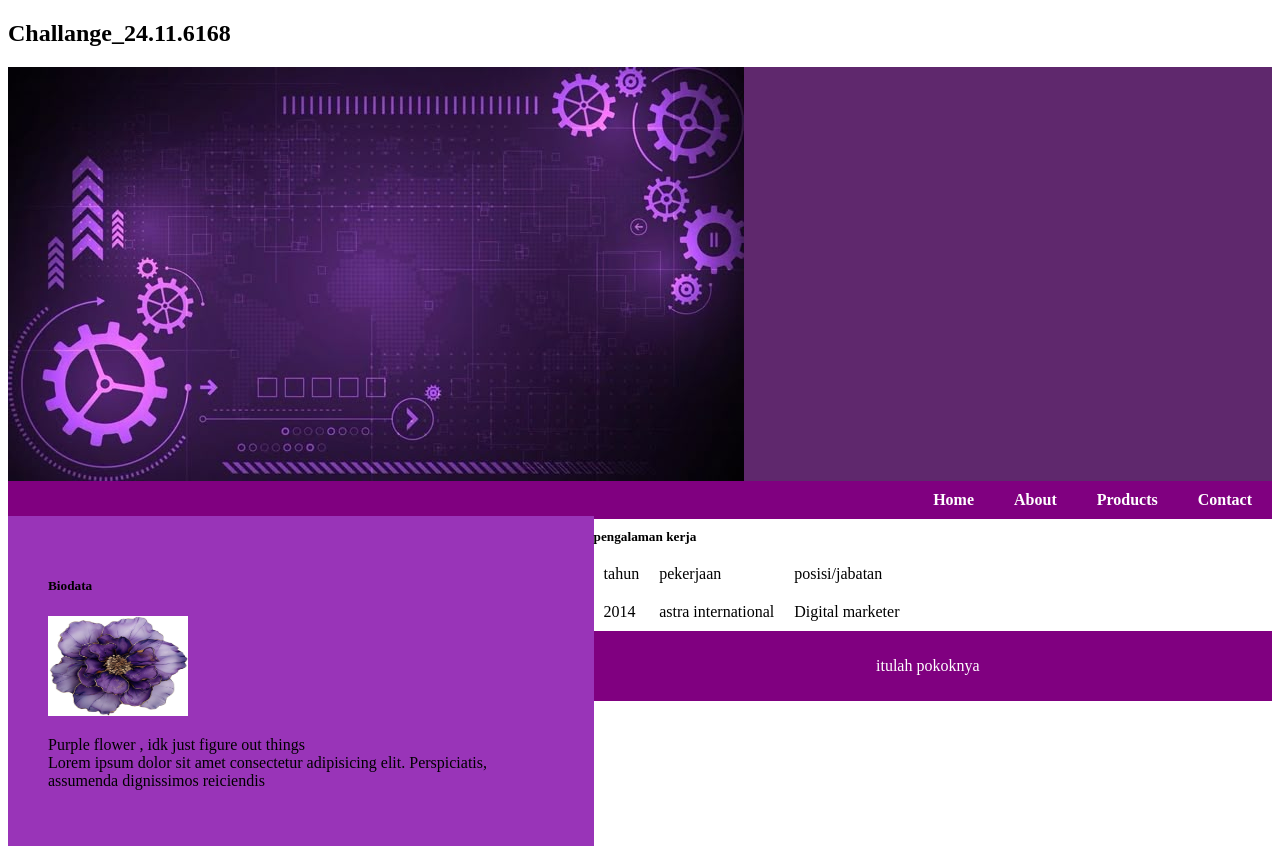
Repository: Ms-Ulfiyahrustam/p5_pemogramanweb
Page: index.html
These files come from the project's save history. The page is drawn as it stood at one moment and after the next save; the edit follows.
The browser window is 1280 px wide. The pictures show the whole page.

Above is the page before, as saved 2026-04-27 09:59:28.

After the next save:
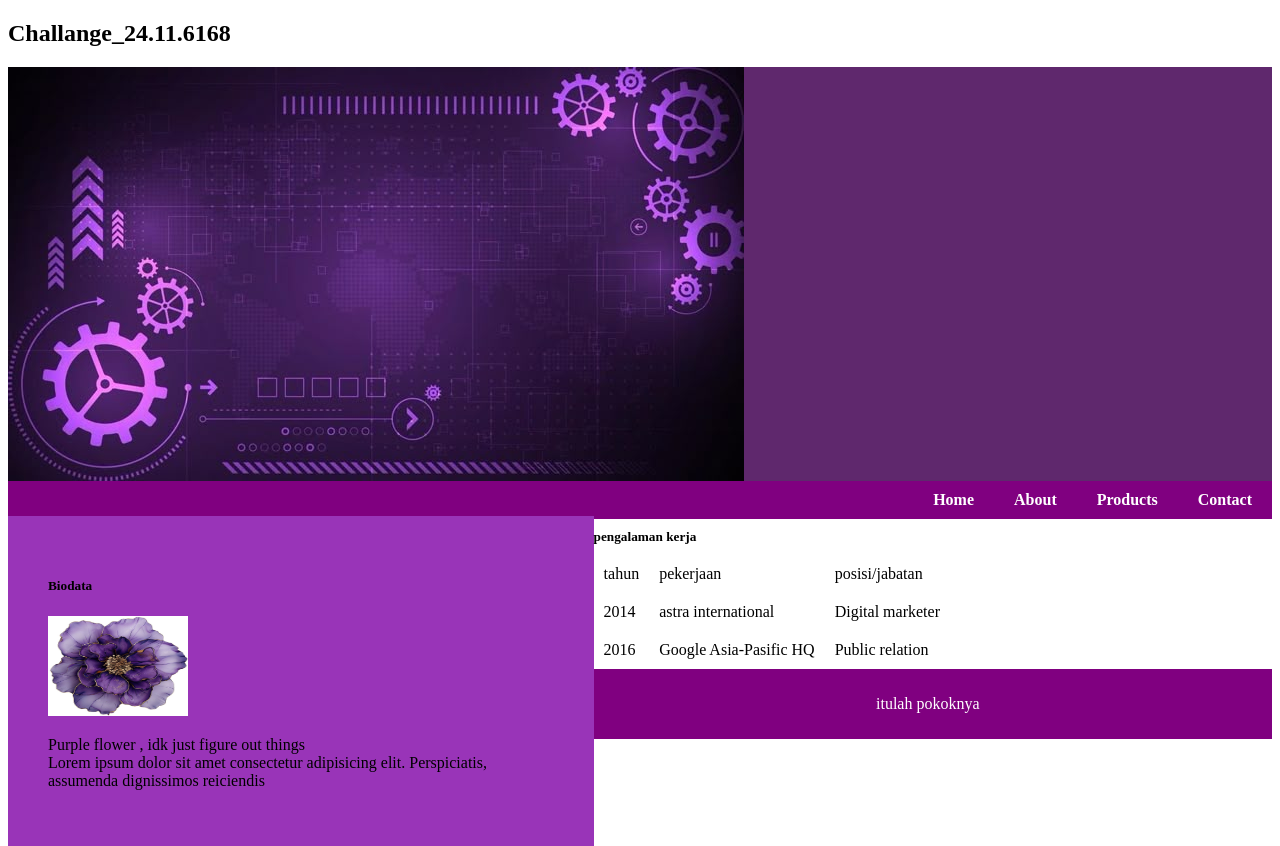
Saved 58 s later.
--- a/index.html
+++ b/index.html
@@ -42,6 +42,12 @@
                         <td>astra international</td>
                         <td>Digital marketer</td>
                     </tr>
+
+                    <tr>
+                        <td>2016</td>
+                        <td>Google Asia-Pasific HQ</td>
+                        <td>Public relation</td>
+                    </tr>
             </table>
         </div>
 
